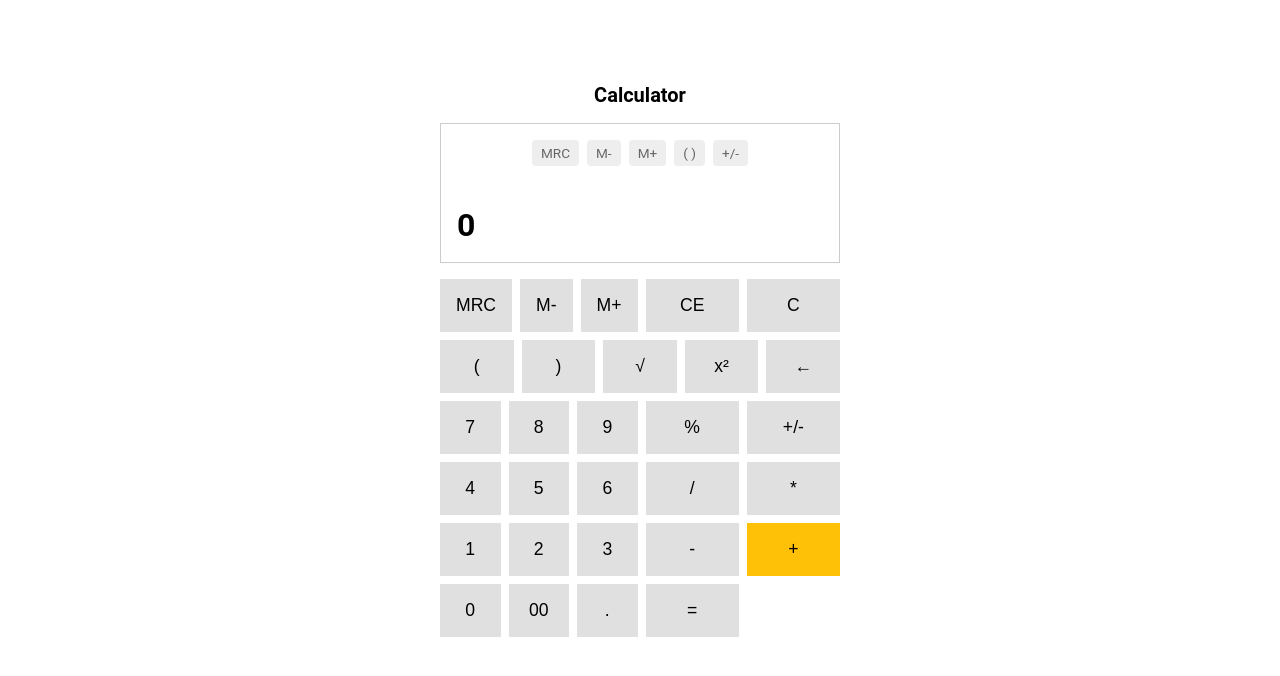
Repository: Denis793/CalculatorNew
Page: index.html
An editor plug-in stored every save of this project. The page is shown before and after the next save, followed by the edit.
The browser window is 1280 px wide. The pictures show the whole page.
The style sheet was rebuilt from its Sass, Less or Tailwind sources for each picture, by a compiler version that may differ from the author's.

Above is the page before, as saved 2025-05-17 19:06:02.

### index.html
<!DOCTYPE html>
<html lang="en">
  <head>
    <meta charset="UTF-8" />
    <meta name="viewport" content="width=device-width, initial-scale=1.0" />
    <title>Calculator</title>
    <link rel="stylesheet" href="./app/style/css/main.css" />
  </head>
  <body>
    <div class="calculatorContainer">
      <h1>Calculator</h1>

      <div class="display">
        <div class="indicators">
          <span class="indicator" data-key="MRC">MRC</span>
          <span class="indicator" data-key="M-">M-</span>
          <span class="indicator" data-key="M+">M+</span>
          <span class="indicator" data-key="()">( )</span>
          <span class="indicator" data-key="+/-">+/-</span>
        </div>

        <ul id="historyList"></ul>

        <div class="previous"></div>
        <div class="current"></div>
      </div>

      <div class="keypad">
        <div class="memoryBtn">
          <button class="button">MRC</button>
          <button class="button">M-</button>
          <button class="button">M+</button>
        </div>

        <div class="cleanBtn">
          <button class="button">CE</button>
          <button class="button ac">C</button>
        </div>

        <div class="buttonFirst">
          <button class="button">(</button>
          <button class="button">)</button>
          <button class="button">√</button>
          <button class="button">x²</button>
          <button class="button">←</button>
        </div>

        <div class="numbersBtn">
          <button class="button">7</button>
          <button class="button">8</button>
          <button class="button">9</button>

          <button class="button">4</button>
          <button class="button">5</button>
          <button class="button">6</button>

          <button class="button">1</button>
          <button class="button">2</button>
          <button class="button">3</button>

          <button class="button">0</button>
          <button class="button">00</button>
          <button class="button">.</button>
        </div>

        <div class="operationsBtn">
          <button class="button">%</button>
          <button class="button">+/-</button>
          <button class="button">/</button>
          <button class="button">*</button>
          <button class="button">-</button>
          <button class="button plus">+</button>
          <button class="button">=</button>
        </div>
      </div>
    </div>
    <script type="module" src="./app/js/main.js"></script>
  </body>
</html>

### app/js/main.js
import { initializeCalculator } from './state.js';
import './memory.js';
import './operations.js';
import './equals.js';
import './formatter.js';
import './history.js';
import './inputHandler.js';

initializeCalculator();

### app/js/state.js
import { handleMemory } from './memory.js';
import { handleOperations } from './operations.js';
import { handleEquals } from './equals.js';
import { handleInput } from './inputHandler.js';

export const state = {
  expression: '',
  memory: 0,
  memoryLog: [],
  memoryActive: false,

  finish: false,
  lastOperator: '',
  lastOperand: '',
  history: [],
  MAX_LENGTH: 12,
  displayPrev: document.querySelector('.previous'),
  displayCurr: document.querySelector('.current'),
  buttons: document.querySelector('.keypad'),
  historyList: document.getElementById('historyList'),
  lastFunction: '',
  parenthesesCount: 0,
};

export function clearAll() {
  state.expression = '';
  state.finish = false;
  state.lastOperator = '';
  state.lastOperand = '';
  state.lastFunction = '';
  state.parenthesesCount = 0;
  state.displayCurr.textContent = '0';
  state.displayPrev.textContent = '';
  state.historyList.innerHTML = '';
  state.history = [];
  state.memoryActive = false;

  document.querySelectorAll('.button').forEach((btn) => btn.classList.remove('active-operator'));
  document.querySelectorAll('.indicator').forEach((i) => i.classList.remove('active'));
}

export function initializeCalculator() {
  clearAll();

  document.querySelector('.ac').addEventListener('click', clearAll);

  state.buttons.addEventListener('click', (e) => {
    const btn = e.target;
    if (!btn.classList.contains('button')) return;

    const key = btn.textContent;

    const specialKeys = ['MRC', 'M-', 'M+', '+/-', '√'];
    if (specialKeys.includes(key)) {
      document.querySelectorAll('.indicator').forEach((i) => {
        const keep = i.dataset.key === '()' && state.parenthesesCount > 0;
        if (!keep) i.classList.remove('active');
      });
      const indicator = document.querySelector(`.indicator[data-key="${key}"]`);
      if (indicator) indicator.classList.add('active');
    }

    if (handleMemory(key)) return;
    if (handleOperations(key)) return;
    if (handleEquals(key)) return;
    if (handleInput(key)) return;
  });
}

### app/js/memory.js
import { state } from './state.js';
import { formatExpression } from './formatter.js';

export function handleMemory(key) {
  if (!state.memoryLog) state.memoryLog = [];

  if (key === 'MRC') {
    const indicator = document.querySelector('.indicator[data-key="MRC"]');
    if (state.memoryActive) {
      state.memoryActive = false;
      if (indicator) indicator.classList.remove('active');
    } else {
      state.displayCurr.textContent = formatExpression(state.memory.toString());
      state.expression = state.memory.toString();
      state.finish = false;
      state.memoryActive = true;
      if (indicator) indicator.classList.add('active');
    }
    return true;
  }

  if (key === 'M+') {
    const value = parseFloat(state.displayCurr.textContent.replace(/\s/g, '')) || 0;
    state.memory += value;
    state.memoryLog.push(`+${value}`);
    if (state.memoryLog.length > 5) state.memoryLog.shift();
    state.memoryActive = true;
    const indicator = document.querySelector('.indicator[data-key="MRC"]');
    if (indicator) indicator.classList.add('active');
    return true;
  }

  if (key === 'M-') {
    const value = parseFloat(state.displayCurr.textContent.replace(/\s/g, '')) || 0;
    state.memory -= value;
    state.memoryLog.push(`-${value}`);
    if (state.memoryLog.length > 5) state.memoryLog.shift();
    state.memoryActive = true;
    const indicator = document.querySelector('.indicator[data-key="MRC"]');
    if (indicator) indicator.classList.add('active');
    return true;
  }

  return false;
}

### app/js/operations.js
import { state, clearAll } from './state.js';
import { formatExpression } from './formatter.js';

export function handleOperations(key) {
  if (key === '+/-') {
    if (state.displayCurr.textContent === '0') return true;
    if (state.finish) {
      state.expression = (-parseFloat(state.displayCurr.textContent.replace(/\s/g, ''))).toString();
      state.finish = false;
    } else {
      const match = state.expression.match(/(-?\d+\.?\d*)$/);
      if (match) {
        const num = match[0];
        const inverted = (-parseFloat(num)).toString();
        state.expression = state.expression.slice(0, -num.length) + inverted;
      } else {
        state.expression = '-' + state.expression;
      }
    }
    state.displayCurr.textContent = formatExpression(state.expression);
    return true;
  }

  if (key === '←') {
    if (state.finish) return true;
    state.expression = state.expression.slice(0, -1);
    state.displayCurr.textContent = formatExpression(state.expression) || '0';
    return true;
  }

  if (key === '%') {
    state.expression += '/100';
    state.displayCurr.textContent = formatExpression(state.expression);
    return true;
  }

  if (key === '√') {
    if (state.expression === '') return true;
    const original = state.expression;
    const result = Math.sqrt(eval(original));
    const visible = `√${original}`;
    state.expression = result.toString();
    state.displayCurr.textContent = formatExpression(state.expression);
    state.displayPrev.textContent = visible;
    state.lastFunction = 'sqrt';
    state.lastOperator = '';
    state.lastOperand = '';
    state.finish = true;
    const indicator = document.querySelector(`.indicator[data-key="√"]`);
    if (indicator) indicator.classList.add('active');
    return true;
  }

  if (key === '(') {
    const lastChar = state.expression.slice(-1);
    if (/\d|\)/.test(lastChar)) return true;

    if (state.finish) {
      state.expression = '';
      state.finish = false;
    }

    state.expression += key;
    state.displayCurr.textContent = formatExpression(state.expression);
    state.parenthesesCount++;

    const indicator = document.querySelector('.indicator[data-key="()"]');
    if (indicator) indicator.classList.add('active');

    return true;
  }

  if (key === ')') {
    if (state.finish) {
      state.expression = '';
      state.finish = false;
    }
    state.expression += key;
    state.displayCurr.textContent = formatExpression(state.expression);
    if (state.parenthesesCount > 0) {
      state.parenthesesCount--;
      if (state.parenthesesCount === 0) {
        const indicator = document.querySelector(`.indicator[data-key="()"]`);
        if (indicator) indicator.classList.remove('active');
      }
    }
    return true;
  }

  if (key === 'x²') {
    const value = eval(state.expression || '0');
    const result = value ** 2;
    const visible = `${value}²`;
    state.expression = result.toString();
    state.displayCurr.textContent = formatExpression(state.expression);
    state.displayPrev.textContent = visible;
    state.lastFunction = 'square';
    state.lastOperator = '';
    state.lastOperand = '';
    state.finish = true;
    return true;
  }

  if (key === 'CE') {
    const match = state.expression.match(/.*?(?:[+\-*/(]|^)([\d.]+)$/);
    if (match) {
      state.expression = state.expression.slice(0, -match[1].length);
    } else {
      state.expression = '';
    }
    state.lastFunction = '';
    state.displayCurr.textContent = formatExpression(state.expression) || '0';
    document.querySelectorAll('.indicator').forEach((i) => i.classList.remove('active'));
    return true;
  }

  if (key === 'C') {
    clearAll();
    return true;
  }

  return false;
}

### app/js/equals.js
import { state } from './state.js';
import { formatExpression } from './formatter.js';
import { addToHistory } from './history.js';

export function handleEquals(key) {
  if (key !== '=') return false;

  try {
    const open = (state.expression.match(/\(/g) || []).length;
    const close = (state.expression.match(/\)/g) || []).length;
    if (open !== close) return true;

    if (!state.finish) {
      const result = eval(state.expression);
      const match = state.expression.match(/(.+)([+\-*/])\s*(-?\d+\.?\d*)$/);

      if (match) {
        state.lastOperator = match[2];
        state.lastOperand = match[3];
      } else {
        state.lastOperator = '';
        state.lastOperand = '';
      }

      const visible = state.displayPrev.textContent || state.expression;

      state.displayCurr.textContent = formatExpression(result.toString());
      state.expression = result.toString();
      state.finish = true;
      state.displayPrev.textContent = '';

      const containsOperator = /[+\-*/()]|Math\.sqrt|%/.test(visible);
      const isSame = visible.replace(/\s/g, '') === result.toString();

      if (containsOperator && !isSame) {
        addToHistory(`${visible} = ${result}`);
      }
    } else if (state.lastFunction === 'sqrt' && state.finish) {
      const value = parseFloat(state.expression);
      const result = Math.sqrt(value);
      const visible = `√${value}`;
      state.displayCurr.textContent = formatExpression(result.toString());
      state.expression = result.toString();
      state.displayPrev.textContent = visible;
      addToHistory(`${visible} = ${result}`);
      return true;
    } else if (state.lastOperator && state.lastOperand) {
      state.expression = `${state.expression}${state.lastOperator}${state.lastOperand}`;
      const result = eval(state.expression);
      state.displayCurr.textContent = formatExpression(result.toString());
      state.expression = result.toString();
      addToHistory(`${state.expression} = ${result}`);
    }
  } catch {
    return true;
  }

  return true;
}

### app/js/formatter.js
export function formatExpression(expression) {
  return expression.replace(/\d+/g, (match) => {
    return Number(match).toLocaleString('en-US').replace(/,/g, ' ');
  });
}

### app/js/history.js
import { state } from './state.js';

export function addToHistory(item) {
  state.history.push(item);
  if (state.history.length > 3) state.history.shift();

  state.historyList.innerHTML = '';
  state.history.forEach((entry) => {
    const li = document.createElement('li');
    li.textContent = entry;
    state.historyList.appendChild(li);
  });
}

### app/js/inputHandler.js
import { state } from './state.js';
import { formatExpression } from './formatter.js';

export function handleInput(key) {
  const allowed = ['0', '1', '2', '3', '4', '5', '6', '7', '8', '9', '.', '+', '-', '*', '/', '00'];
  if (!allowed.includes(key)) return false;

  if (state.finish) {
    if (!isNaN(key) || key === '(') state.expression = '';
    state.finish = false;
  }

  const digitsOnly = state.expression.replace(/\D/g, '');
  if (digitsOnly.length >= state.MAX_LENGTH) return true;

  if (state.displayCurr.textContent === '0' && !isNaN(key)) {
    state.expression = key;
  } else {
    state.expression += key;
  }

  state.displayCurr.textContent = formatExpression(state.expression);
  return true;
}

### app/style/scss/main.scss
@use 'reset' as *;
@use 'variables' as *;

.calculatorContainer {
  max-width: 400px;
  width: 100%;
}

h1 {
  text-align: center;
  margin-bottom: 1rem;
}

.display {
  background: #fff;
  padding: 1rem;
  border: 1px solid #ccc;
  display: flex;
  flex-direction: column;
  gap: 0.5rem;
}

.indicators {
  display: flex;
  flex-wrap: wrap;
  gap: 0.5rem;
  justify-content: center;
  font-size: 0.85rem;
  color: #666;
}

.indicator {
  padding: 4px 8px;
  border-radius: 4px;
  background: #eee;
  border: 1px solid transparent;
}

.indicator.active {
  background-color: #2d8cf0;
  color: white;
  border-color: #2d8cf0;
}

#historyList {
  font-size: 0.8rem;
  list-style: none;
  padding: 0;
  margin: 0;
  color: #555;
}

.previous {
  font-size: 0.9rem;
  color: #888;
  height: 1rem;
}

.current {
  font-size: 2rem;
  font-weight: bold;
  min-height: 2.5rem;
  color: #000;
}

.keypad {
  display: grid;
  grid-template-areas:
    'memoryBtn cleanBtn'
    'buttonFirst buttonFirst'
    'numbersBtn operationsBtn';
  grid-template-columns: 2fr 2fr;
  gap: 0.5rem;
  margin-top: 1rem;
}

.memoryBtn {
  grid-area: memoryBtn;
  display: grid;
  grid-template-columns: repeat(3, 1fr);
  gap: 0.5rem;
}

.cleanBtn {
  grid-area: cleanBtn;
  display: grid;
  grid-template-columns: repeat(2, 1fr);
  gap: 0.5rem;
}

.buttonFirst {
  grid-area: buttonFirst;
  display: grid;
  grid-template-columns: repeat(5, 1fr);
  gap: 0.5rem;
}

.numbersBtn {
  grid-area: numbersBtn;
  display: grid;
  grid-template-columns: repeat(3, 1fr);
  gap: 0.5rem;
}

.operationsBtn {
  grid-area: operationsBtn;
  display: grid;
  grid-template-columns: repeat(2, 1fr);
  gap: 0.5rem;
}

.button {
  padding: 1rem;
  background: #e0e0e0;
  border: none;
  font-size: 1.1rem;
  cursor: pointer;
  transition: background 0.2s ease;
}

.button:hover {
  background: #d0d0d0;
}

.button.plus {
  grid-кщц: span 2;
  background-color: #ffc107;
}

### app/style/scss/_reset.scss
* {
  margin: 0;
  padding: 0;
  box-sizing: border-box;
}

body {
  font-family: 'Roboto', sans-serif;
  font-size: 10px;
  height: 100vh;
  display: flex;
  justify-content: center;
  align-items: center;
}

li {
  list-style: none;
}

### app/style/scss/_variables.scss
:root {
  --memoryBtn: #000;
}

After the next save:
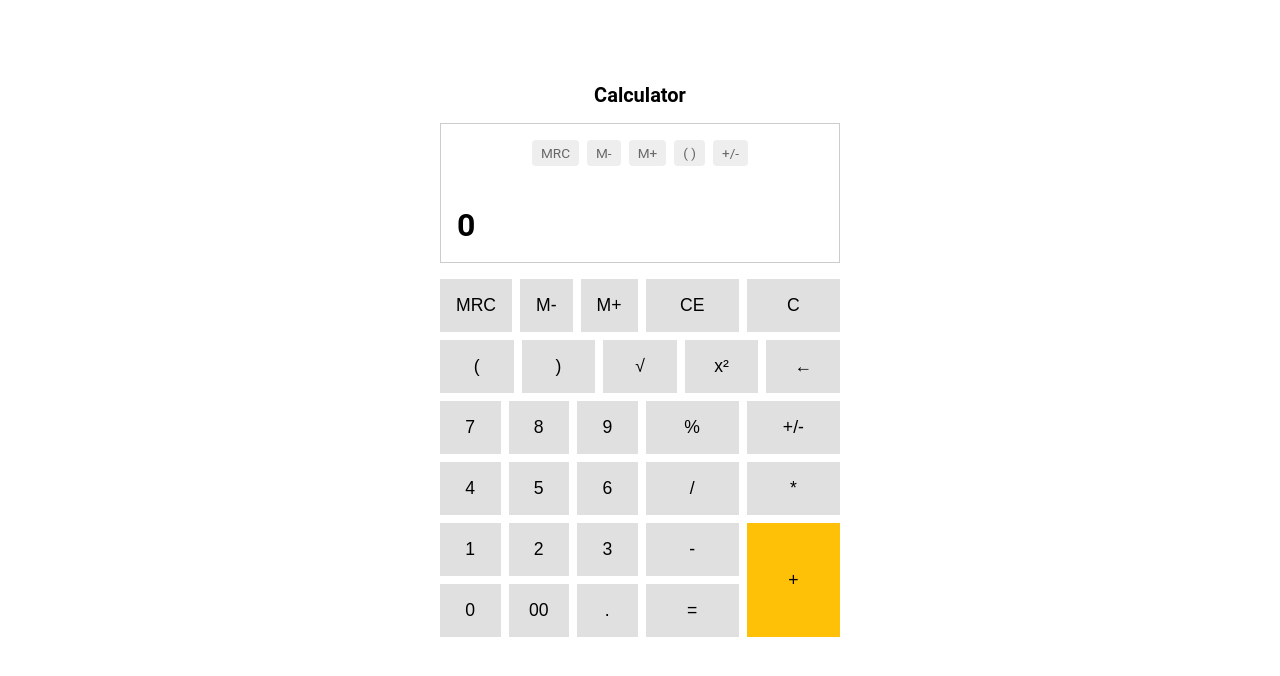
Saved 6 s later.
--- a/app/style/scss/main.scss
+++ b/app/style/scss/main.scss
@@ -123,6 +123,6 @@ h1 {
 }
 
 .button.plus {
-  grid-кщц: span 2;
+  grid-row: span 2;
   background-color: #ffc107;
 }
